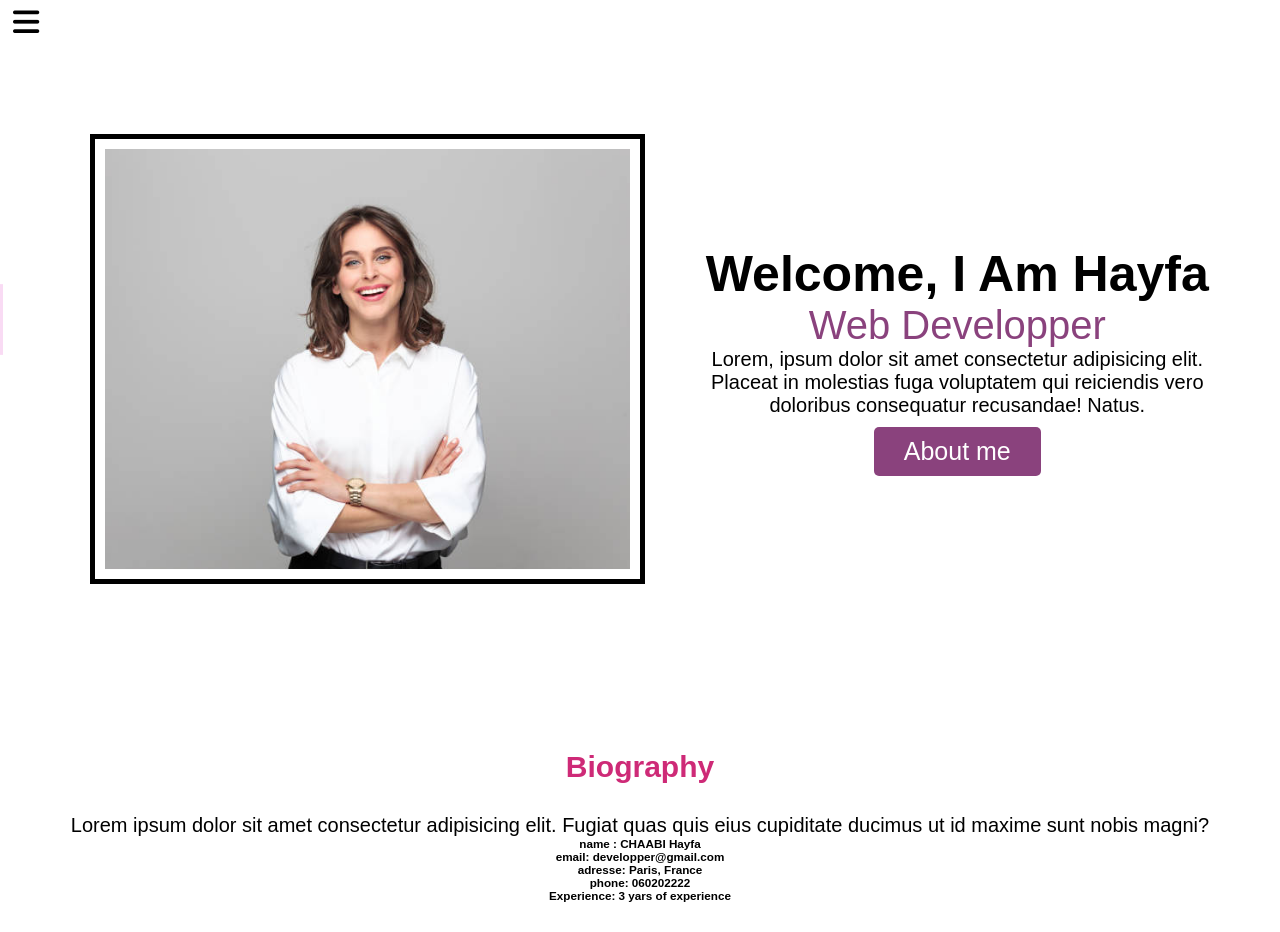
Repository: haifabilel/portfolio_project
Page: http://localhost/
These files come from the project's save history. The page is drawn as it stood at one moment and after a run of saves; the edit follows.
The browser window is 1280 px wide. The pictures show the whole page.
Some web fonts or font styles are not loaded; a fallback is used. The page is run by PHP 8.4 with error messages shown; the project is at /var/www/html/.

Above is the page before, as saved 2023-09-15 20:58:02.

After the next 2 saves:
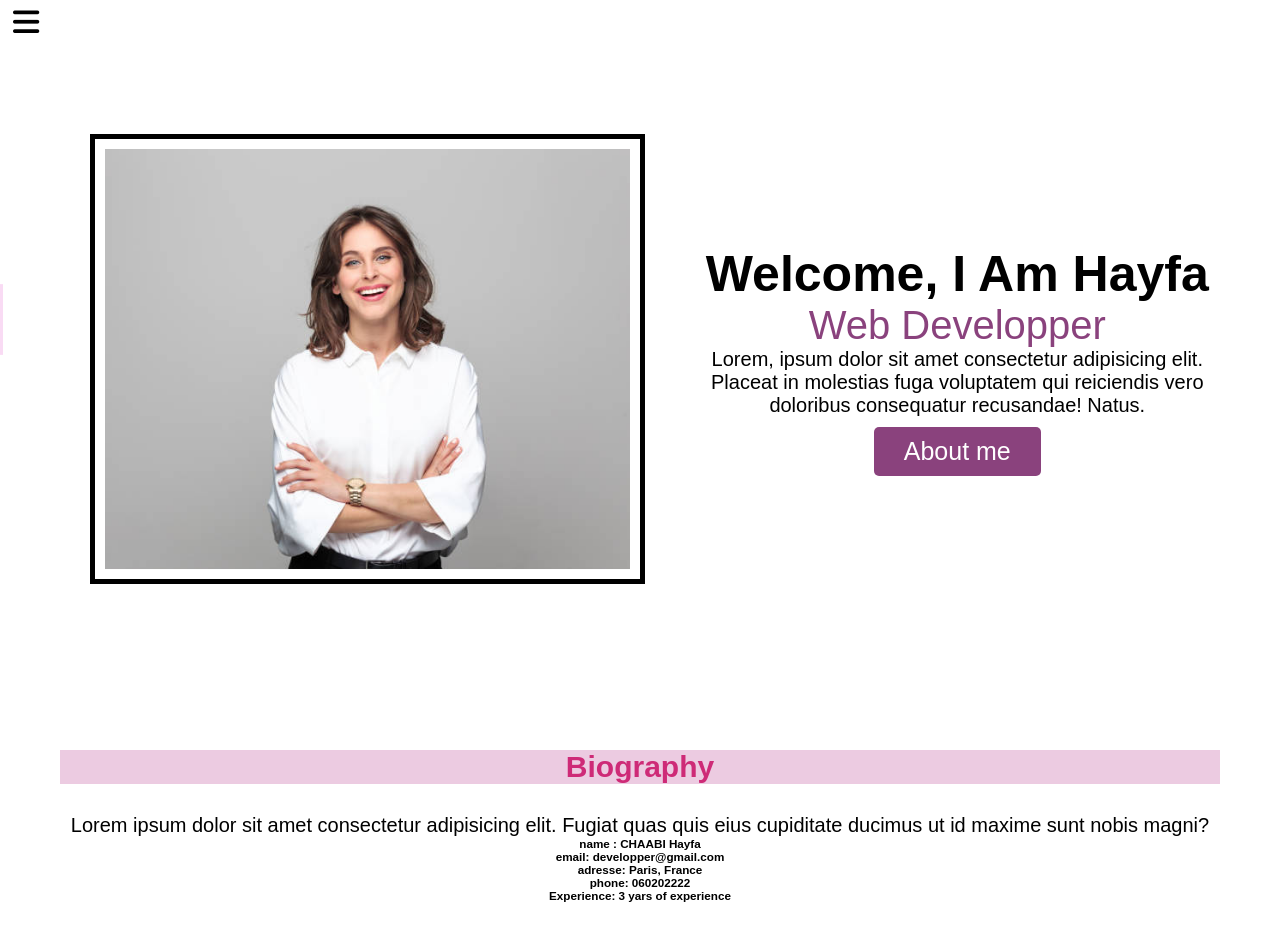
The 2 saves are shown as one change because they came seconds apart.
The last was saved 6 s later.
--- a/css/style.css
+++ b/css/style.css
@@ -168,7 +168,7 @@ h2{
     text-align: center;
     font-size: 3rem;
     color: var(--pinkLight);
-    background-color: var();
+    background-color: var(--light-bg);
 
 }
 
